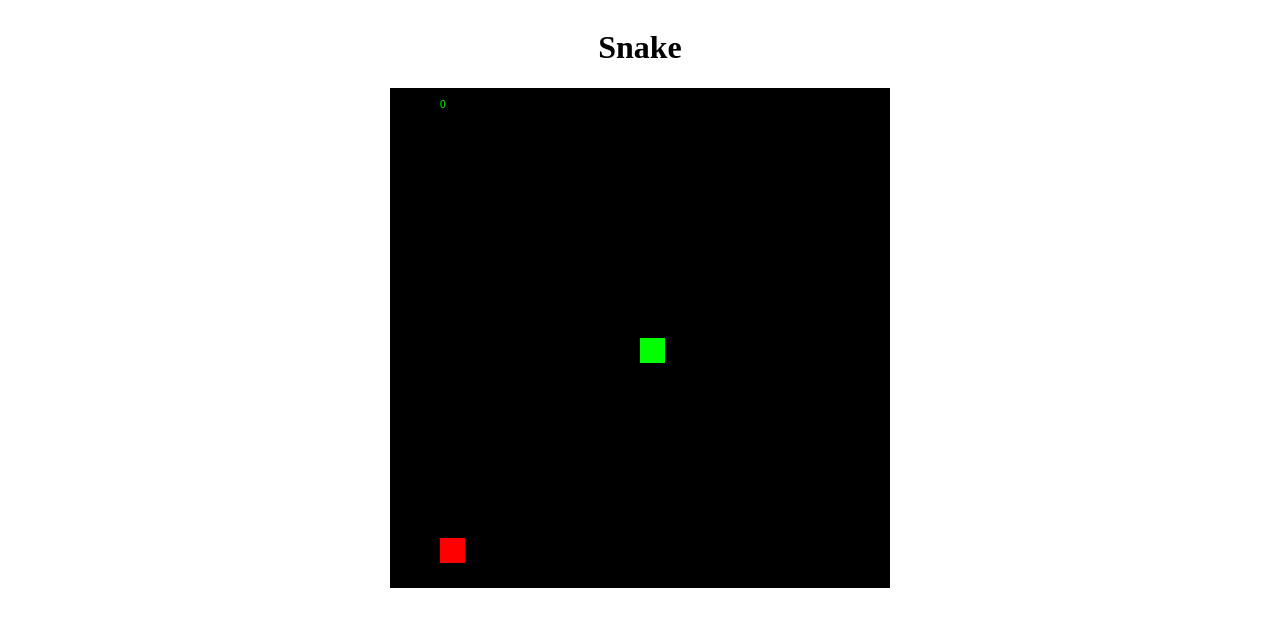
Repository: Siphamandla201/snake
Page: snake.html
The author's editor kept a copy of each file at every save. The page is drawn from the files as they stood at one save, then again after the next save.
The browser window is 1280 px wide. The pictures show the whole page.

Above is the page before, as saved 2023-07-25 16:31:51.

After the next save:
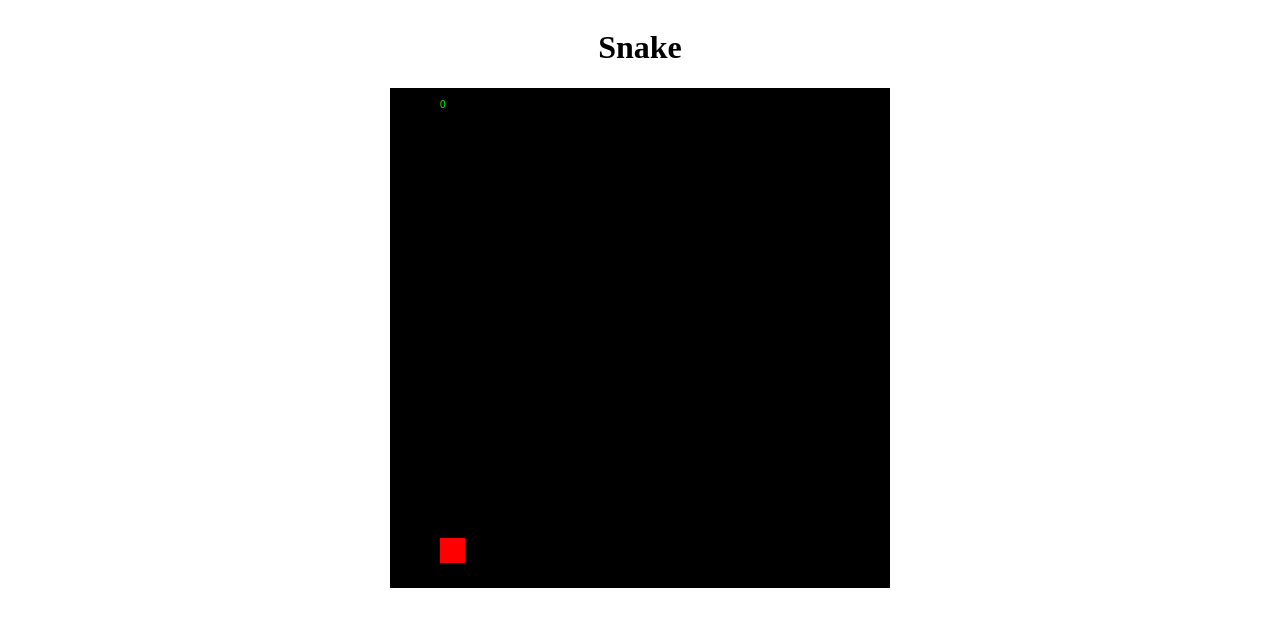
Saved 6 s later.
--- a/snake.js
+++ b/snake.js
@@ -72,8 +72,6 @@
 
 function drawSnake() {
     context.fillStyle = 'lime';
-
-    context.fillRect(snake.x,snake.y, blockSize, blockSize);
     for(let i = 0; i < snake.snakeBody.length; i++) {
         context.fillRect(snake.snakeBody[i].x, snake.snakeBody[i].y, blockSize, blockSize);
     }

After the 3 saves that followed:
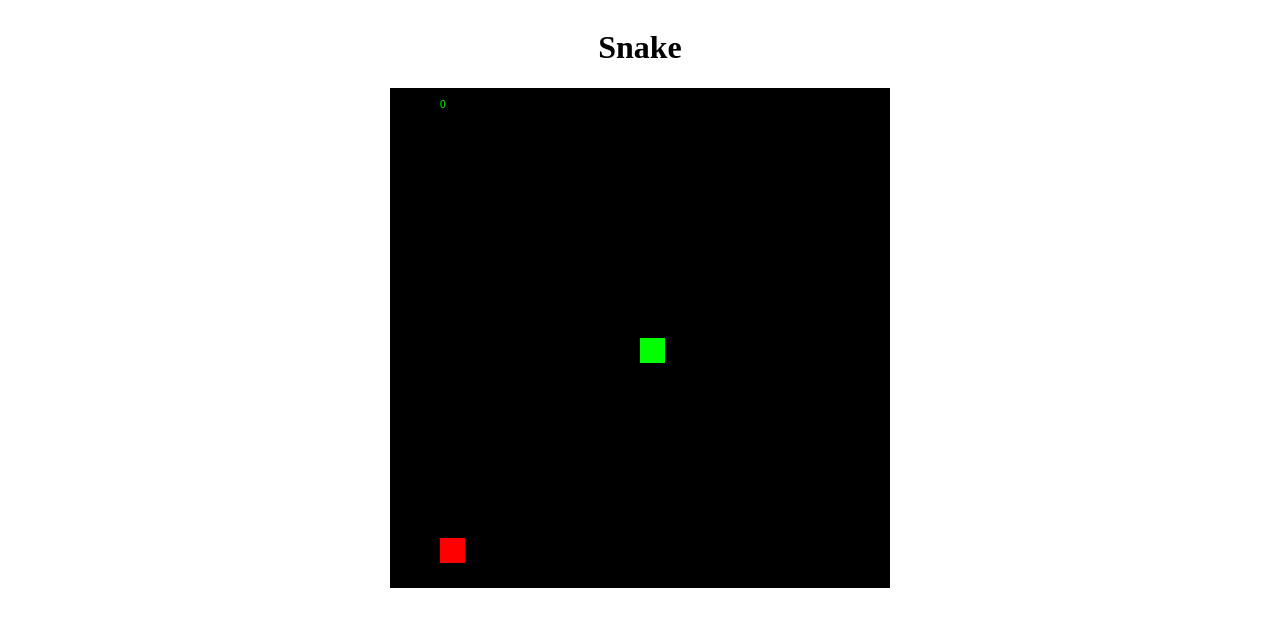
The 3 saves are shown as one change because they came seconds apart.
The last was saved 14 s later.
--- a/snake.js
+++ b/snake.js
@@ -72,6 +72,8 @@
 
 function drawSnake() {
     context.fillStyle = 'lime';
+    context.fillRect(snake.x,snake.y, blockSize, blockSize);
+
     for(let i = 0; i < snake.snakeBody.length; i++) {
         context.fillRect(snake.snakeBody[i].x, snake.snakeBody[i].y, blockSize, blockSize);
     }
